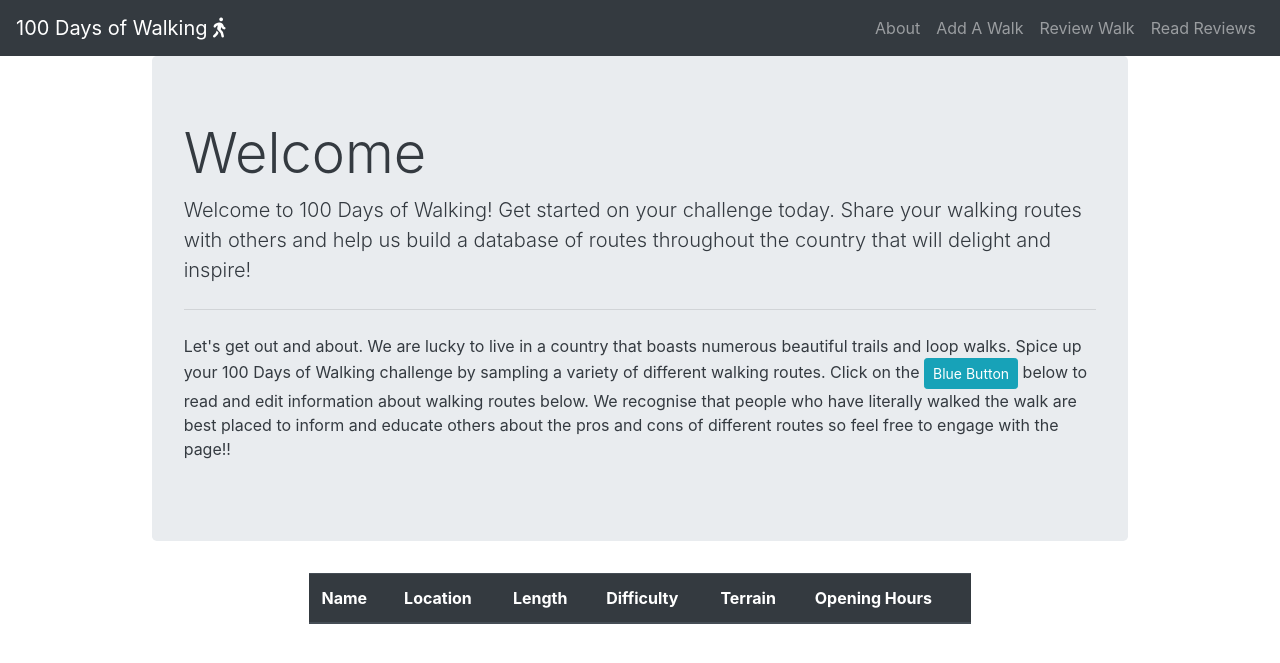
Repository: 5803emma/days-of-walking
Page: http://localhost/
The author's editor kept a record of every edit. The page is drawn from the files as they stood at one moment, then again after the next edit.
The browser window is 1280 px wide. The pictures show the whole page.
Some web libraries are served in a nearby version. The page is served by the project's application, run on Flask 3 (app.py). Queries for data that is not in the repository find no rows.

Above is the page before.

### templates/home.html
{% extends 'base.html'%} {% block content %}

<div class="container-fluid">

 <div class="row-welcome justify-content-center">
  <div class="col-12 text-dark">
   <div class="jumbotron">
    <h1 class="display-4">Welcome</h1>
    <p class="lead">Welcome to 100 Days of Walking!  Get started on your challenge today.  Share your walking routes with others and help us build a database of routes throughout the country that will delight and inspire!</p>
    <hr class="my-4">
    <p>Let's get out and about.  We are lucky to live in a country that boasts numerous beautiful trails and loop walks.  Spice up your 100 Days of Walking challenge by sampling a variety of different walking routes. Click on the <button type="button" class="btn btn-info btn-sm">Blue Button</button>  below to read and edit information about walking routes below.  We recognise that people who have literally walked the walk are best placed to inform and educate others about the pros and cons of different routes so feel free to engage with the page!!</p>
   </div>
  </div>
 </div>

 <div class="row justify-content-center">
  <div class="col-12 col-md-8 table-responsive table-data">
   <table class="table table-hover">
    <thead class="thead-dark">
     <tr>
      <th scope="col">Name</th>
      <th scope="col">Location</th>
      <th scope="col">Length</th>
      <th scope="col">Difficulty</th>
      <th scope="col">Terrain</th>
      <th scope="col">Opening Hours</th>
     </tr>
    </thead>
    <tbody>

     {% for gym in gyms %}
     <tr>
      <td><a class="btn btn-info btn-sm" href="{{url_for('edit_gym', gym_id=gym._id)}}" role="button">{{gym.gym_name}}</a></td>
      <td>{{gym.gym_type}}</td>
      <td>{{gym.gym_address}}</td>
      <td>{{gym.cost}}</td>
      <td>{{gym.gym_url}}</td>
      <td>{{gym.opening_hours}}</td>
     </tr>
     {% endfor %}
    </tbody>
   </table>

  </div>
  {% endblock %}

### templates/base.html
<!DOCTYPE html>
<html>

<head>
    <link rel="stylesheet" href="https://stackpath.bootstrapcdn.com/bootstrap/4.4.1/css/bootstrap.min.css">
    <link rel="stylesheet" href="https://cdnjs.cloudflare.com/ajax/libs/font-awesome/5.12.0/css/all.min.css" />
</head>

<body>
    <header>
        <nav class="navbar navbar-expand-md navbar-dark bg-dark home-logo-text">
            <a class="navbar-brand" href="{{url_for('get_walks')}}">100 Days of Walking <i
                    class="fas fa-walking"></i></a>
            <button class="navbar-toggler" type="button" data-toggle="collapse" data-target="#navbarNavAltMarkup" aria-controls="navbarNavAltMarkup" aria-expanded="false" aria-label="Toggle navigation">
                <span class="navbar-toggler-icon"></span>
            </button>
            <div class="collapse navbar-collapse" id="navbarNavAltMarkup">
                <div class="navbar-nav ml-auto">
                    <a class="nav-item nav-link" href="{{url_for('about')}}">About</a>
                    <a class="nav-item nav-link" href="{{url_for('add_new_walk')}}">Add A Walk</a>
                    <a class="nav-item nav-link" href="{{url_for('walk_review')}}">Review Walk</a>
                     <a class="nav-item nav-link" href="{{url_for('read_review')}}">Read Reviews</a>
                </div>
            </div>

        </nav>
    </header>
        <!-- Container for background image -->
    <div class="container-fluid bg">
    </div>
    <!-- Container for injected templates -->
    <div class="container-fluid">
        <div class="row justify-content-center">
            <div class="col-12 col-md-10 template-col">

    {% block content %} {% endblock %}



    <script src="https://code.jquery.com/jquery-3.4.1.slim.min.js"></script>
    <script src="https://cdn.jsdelivr.net/npm/popper.js@1.16.0/dist/umd/popper.min.js"></script>
    <script src="https://stackpath.bootstrapcdn.com/bootstrap/4.4.1/js/bootstrap.min.js"></script>
</body>

</html>

### app.py
import os
from flask import Flask, render_template, redirect, request, url_for
from flask_pymongo import PyMongo
from bson.objectid import ObjectId

app = Flask(__name__)

app.config["MONGO_DBNAME"] = 'walking_app'
app.config["MONGO_URI"] = 'mongodb+srv://root:johnbell@myfirstcluster-20lqh.mongodb.net/walking_app?retryWrites=true&w=majority'

mongo = PyMongo(app)

@app.route("/")
@app.route("/get_walks")
def get_walks():
    return render_template("home.html", walks=mongo.db.walks.find())

@app.route("/about")
def about():
    return render_template("about.html")


@app.route("/add_new_walk")
def add_new_walk():
    return render_template("add_walk.html")


@app.route("/insert_walk", methods=['POST'])
def insert_walk():
    walk = mongo.db.walks
    walk.insert_one(request.form.to_dict())
    return redirect(url_for('get_walks'))

# Update Information About Walk

@app.route("/edit_walk/<walk_id>")
def edit_walk(walk_id):
    the_walk = mongo.db.walks.find_one({"_id": ObjectId(walk_id)})
    return render_template("update_walk.html", walk=the_walk)

@app.route("/update_walk/<walk_id>", methods=["POST"])
def update_walk(walk_id):
    walk = mongo.db.walks
    walk.update({'_id': ObjectId(walk_id)}, {
        'walk_name' : request.form.get('walk_name'),
        'walk_location' : request.form.get('walk_location'),
        'walk_length' : request.form.get('walk_length'),
        'walk_difficulty' : request.form.get('walk_difficulty'),
        'walk_terrain' : request.form.get('walk_terrain')
    })
    return redirect(url_for('get_walks'))

# Delete Option

@app.route("/delete_walk/<walk_id>")
def delete_walk(walk_id):
    mongo.db.walks.remove({'_id': ObjectId(walk_id)})
    return redirect(url_for('get_walks'))

@app.route("/leave_review")
def walk_review():
    return render_template("walk_review.html", walks=mongo.db.walks.find())

# Sends the data that the user inserts to the database

@app.route("/walk_review", methods=['POST'])
def insert_review():
    review = mongo.db.walk_reviews
    review.insert_one(request.form.to_dict())
    return redirect(url_for('walk_review'))


@app.route("/read_review")
def read_review():
    return render_template("read_reviews.html", reviews=mongo.db.walk_reviews.find())

if __name__ == "__main__":
    app.run(host=os.environ.get("IP"),
    port=int(os.environ.get("PORT")),
    debug=True)

After the next edit:
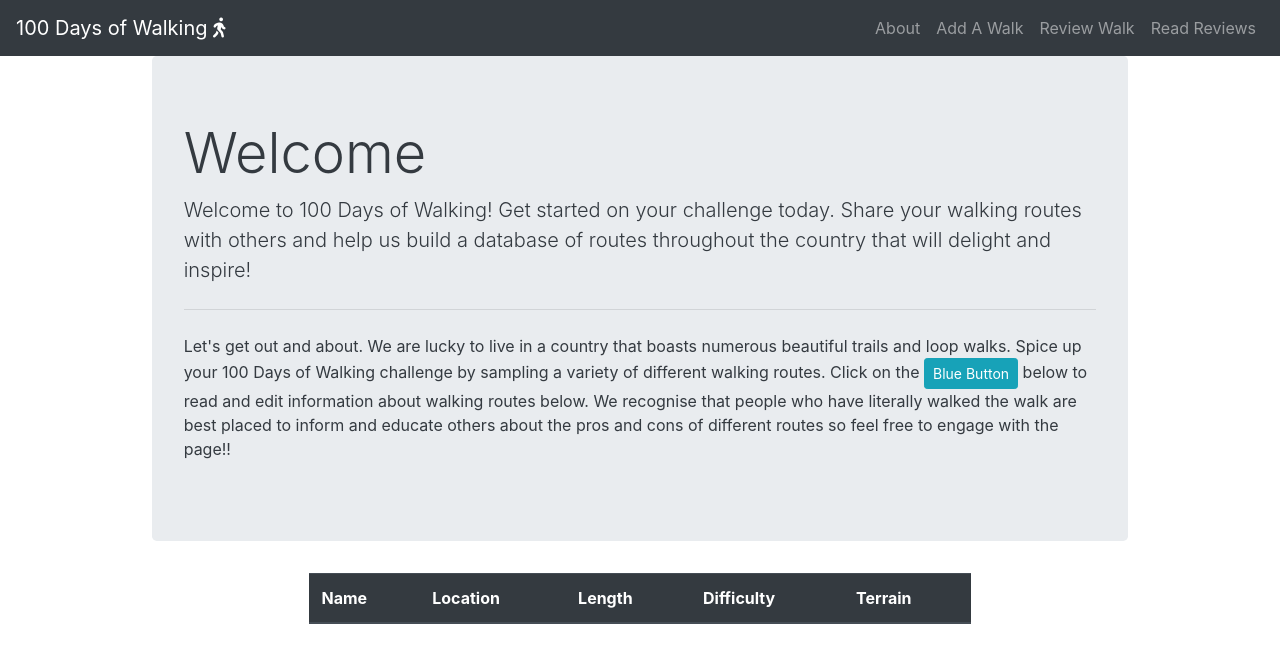
The edit:
--- a/templates/home.html
+++ b/templates/home.html
@@ -23,7 +23,6 @@
       <th scope="col">Length</th>
       <th scope="col">Difficulty</th>
       <th scope="col">Terrain</th>
-      <th scope="col">Opening Hours</th>
      </tr>
     </thead>
     <tbody>
